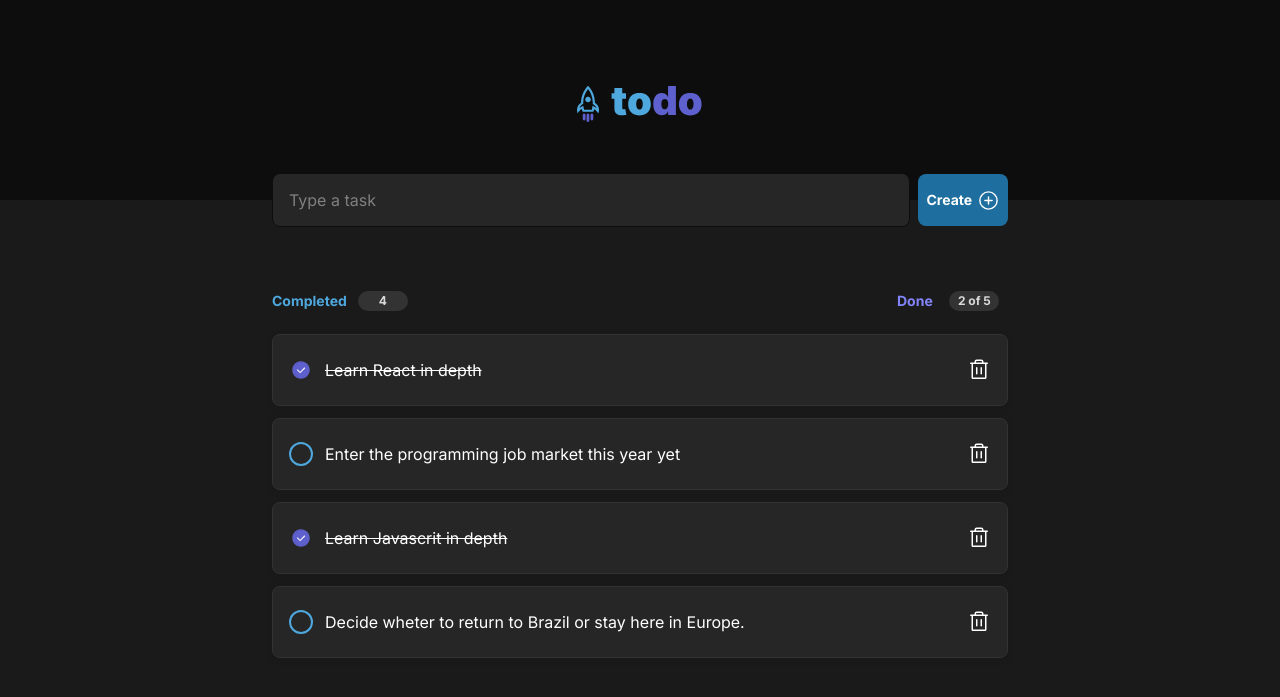
Repository: JoseGu1llardi/to-do-list-D01
Page: /
An editor plug-in stored every save of this project. The page is shown before and after the next save, followed by the edit.
The browser window is 1280 px wide. The pictures show the whole page.
The project was rebuilt for these pictures with package versions that can differ from the ones it lists, and the page was loaded fresh each time. Requests to the local data server were answered from the project's data file. Also part of the build but not shown: vite.config.ts.

Above is the page before, as saved 2023-03-14 20:46:09.

### index.html
<!DOCTYPE html>
<html lang="en">
  <head>
    <meta charset="UTF-8" />

    <link rel="preconnect" href="https://fonts.googleapis.com" />
    <link rel="preconnect" href="https://fonts.gstatic.com" crossorigin />

    <link
      href="https://fonts.googleapis.com/css2?family=Inter:wght@400;700&display=swap"
      rel="stylesheet"
    />

    <link rel="icon" type="image/svg+xml" href="/vite.svg" />
    <meta name="viewport" content="width=device-width, initial-scale=1.0" />
    <title>Vite + React + TS</title>
  </head>
  <body>
    <div id="root"></div>
    <script type="module" src="/src/main.tsx"></script>
  </body>
</html>

### src/App.tsx
import { TaskProvider } from './contexts/TaskContext';

import { Header } from "./components/Header";
import { NewTaskForm } from './components/NewTaskForm';
import { TasksList } from "./components/TasksList";

import styles from './App.module.css';
import "./global.css";

function App() {
  return (
    <TaskProvider>
      <Header />

      <NewTaskForm />

      <div className={styles.tasksContainer}>
        <TasksList />
      </div>
    </TaskProvider>
  )
}

export default App

### src/contexts/TaskContext.tsx
import { useState, useEffect, createContext, ReactNode, Dispatch, SetStateAction } from 'react';

import api from '../services/api';

export interface TaskType {
    id: string;
    content: string;
    status: boolean;
}

interface TaskProviderProps {
    children: ReactNode;
}

interface TaskConstextData {
    tasks: TaskType[];
    setTasks: Dispatch<SetStateAction<TaskType[]>>
}

export const TaskContext = createContext({} as TaskConstextData);

export function TaskProvider({ children }: TaskProviderProps) {
    const [tasks, setTasks] = useState<TaskType[]>([]);

    useEffect(() => {
        api.get("/tasks")
            .then(({ data }) => setTasks(data))
    }, []);

    return (
        <TaskContext.Provider value={{ tasks, setTasks }}>
            {children}
        </TaskContext.Provider>
    )
}

### src/components/Header/index.tsx
import Logo from '../../assets/Logo (1).svg'

import styles from './styles.module.css';

export function Header() {
    return (
        <header className={styles.container}>
            <img src={Logo} />
        </header>
    )
}

### src/components/NewTaskForm/index.tsx
import { useState, useContext, FormEvent } from 'react';

import { v4 as uuidv4 } from 'uuid';

import api from '../../services/api';

import { TaskContext, TaskType } from '../../contexts/TaskContext';

import { PlusCircle } from '@phosphor-icons/react';

import styles from './styles.module.css';

export function NewTaskForm() {
    const [contentNewTask, setContentNewTask] = useState("");

    const { setTasks, tasks } = useContext(TaskContext);

    async function handleCreateNewTask(event: FormEvent) {
        event.preventDefault();

        try {
            if (contentNewTask !== "") {
                const res = await api.post("/tasks", { id: uuidv4(), content: contentNewTask, status: false });
                setTasks(state => [...state, res.data]);
            } else {
                alert("Enter a new task!");
            }

        } catch (err) {
            console.log(err);
        }
    }

    return (
        <form onSubmit={handleCreateNewTask} className={styles.newTaskContainer}>
            <input
                type="text"
                className={styles.input}
                placeholder='Type a task'
                value={contentNewTask}
                onChange={(e) => setContentNewTask(e.target.value)}
            />

            <button type='submit' className={styles.button}>
                <span>Create</span>
                <PlusCircle size={23} />
            </button>
        </form>
    )
}

### src/components/TasksList/index.tsx
import { useContext } from 'react';

import { TaskContext } from '../../contexts/TaskContext';

import { Task } from '../Task';

import Clipboard from '../../assets/Clipboard.svg';

import styles from './styles.module.css';

export function TasksList() {
    const { tasks } = useContext(TaskContext);

    return (
        <>
            <section className={styles.info}>

                <div className={styles.created}>
                    <span>Completed</span>
                    <div className={styles.counterCreated}>
                        <p>{tasks.length}</p>
                    </div>
                </div>

                <div className={styles.done}>
                    <span>Done</span>
                    <div className={styles.doneCreated}>
                        <span>2 of 5</span>
                    </div>
                </div>

            </section>

            {
                tasks.length === 0 ? (
                    <section className={styles.tasks}>
                        <img src={Clipboard} alt="" />
                        <strong>You don't have tasks registered yet!</strong>
                        <span>Create tasks and organize your to-do list</span>
                    </section>
                ) : (
                    <section className={styles.list}>
                        {
                            tasks.map((task) => (
                                <Task
                                    key={task.id}
                                    content={task.content}
                                    status={task.status}
                                    id={task.id} />
                            ))
                        }
                    </section>
                )
            }
        </>
    )
}

### src/App.module.css
.tasksContainer {
  display: flex;
  flex-direction: column;
  align-items: flex-start;
  padding: 0px;
  gap: 24px;

  position: absolute;
  width: 736px;
  height: 287px;
  left: calc(50% - 736px / 2);
  top: 291px;
}

### src/global.css
:root {
  // Base
  --gray-100: #f2f2f2;
  --gray-200: #d9d9d9;
  --gray-300: #808080;
  --gray-400: #333333;
  --gray-500: #262626;
  --gray-600: #1a1a1a;
  --gray-700: #0d0d0d;

  --danger: #e25858;

  // Product
  --purple: #8284fa;
  --dark-purple: #5e60ce;
  --blue: #4ea8de;
  --dark-blue: #1e6f9f;
}

* {
  margin: 0;
  padding: 0;
  box-sizing: border-box;
}

body {
  color: #fff;
  background: var(--gray-600);

  width: 100%;
  height: 100%;
  max-height: 1024px;
  position: relative;
}

body,
input,
textarea,
button {
  font-family: "Inter", sans-serif;
  font-weight: 400;
  font-size: 1rem;
}

### src/services/api.ts
import axios from 'axios';

const api = axios.create({
    baseURL: "http://localhost:3000"
});

export default api;

### src/components/Header/styles.module.css
.container {
  position: absolute;
  height: 12.5rem;
  max-width: 100%;
  left: 0;
  right: 0;
  top: 0;

  display: flex;
  align-items: center;
  justify-content: center;

  background: var(--gray-700);
}

.container img {
  position: absolute;
  width: 7.875rem;
  height: 3rem;
}

### src/components/NewTaskForm/styles.module.css
.newTaskContainer {
  display: flex;
  flex-direction: row;
  align-items: center;
  padding: 0px;
  gap: 8px;

  position: absolute;
  width: 46rem;
  height: 3.375rem;
  left: calc(50% - 736px / 2);
  top: 10.8125rem;
}

.input {
  box-sizing: border-box;

  display: flex;
  flex-direction: row;
  align-items: center;
  padding: 16px;
  gap: 8px;

  width: 638px;
  height: 54px;

  background: var(--gray-500);
  color: #fff;

  border: 1px solid var(--gray-700);
  border-radius: 8px;

  flex: none;
  order: 0;
  flex-grow: 1;
}

.input:focus {
  outline: transparent;
  box-shadow: 0 0 0 2px var(--dark-purple);
}

.input::placeholder {
  color: var(--gray-300);
}

.button {
  width: 90px;
  height: 52px;

  display: flex;
  flex-direction: row;
  align-items: center;
  justify-content: center;
  gap: 16px;

  border: 0;
  border-radius: 8px;

  background: var(--dark-blue);
  color: white;

  cursor: pointer;

  transition: filter 0.2s;
}

.button span {
  width: 34px;
  height: 20px;

  font-weight: 700;
  font-size: 14px;
  line-height: 140%;

  color: var(--gray-100);

  flex: none;
  order: 0;
  flex-grow: 0;
}

.button img {
  width: 16px;
  height: 16px;

  flex: none;
  order: 1;
  flex-grow: 0;
}

.button:hover {
  background: var(--blue);
  filter: brightness(0.8);
}

### src/components/Task/index.tsx
import { useState, useContext, ChangeEvent } from 'react';

import api from '../../services/api';

import { TaskContext } from '../../contexts/TaskContext';

import { Trash } from '@phosphor-icons/react'

import styles from './styles.module.css';

interface TasksProps {
    id: string;
    content: string;
    status: boolean;
}[]

export function Task({ content, status, id }: TasksProps) {
    const [isChecked, setIsChecked] = useState(status);

    async function changeTaskStatus(event: ChangeEvent<HTMLInputElement>) {
        const response = await api.patch(`/tasks/${id}`, {
            status: event.target.checked
        });

        setIsChecked(response.data.status);
    }

    return (
        <section className={styles.task}>
            <div>
                <input
                    id='checked'
                    type="checkbox"
                    checked={isChecked}
                    onChange={changeTaskStatus}
                />
                <span
                    className={isChecked ? styles.isChecked : ''}
                >
                    {content}
                </span>
            </div>
            <Trash size={20} />
        </section>
    )
}

### src/components/TasksList/styles.module.css
.info {
  display: flex;
  flex-direction: row;
  justify-content: space-between;
  align-items: flex-end;
  padding: 0px;

  width: 736px;
  height: 19px;

  flex: none;
  order: 0;
  align-self: stretch;
  flex-grow: 0;
}

.created {
  display: flex;
  flex-direction: row;
  align-items: center;
  padding: 0px;
  gap: 8px;

  width: 139px;
  height: 19px;

  order: 0;
  flex-grow: 0;
}

.created span {
  font-family: "Inter";
  font-style: normal;
  font-weight: 700;
  font-size: 14px;
  line-height: 17px;

  color: var(--blue);

  flex: none;
  order: 0;
  flex-grow: 0;
}

.counterCreated {
  display: flex;
  flex-direction: row;
  justify-content: center;
  align-items: center;
  padding: 2px 8px;
  gap: 10px;
  margin: 0 auto;

  width: 50px;
  height: 20px;

  background: #333333;
  border-radius: 999px;

  order: 1;
  flex-grow: 0;
}

.counterCreated p {
  display: flex;
  flex-direction: row;
  font-style: normal;
  font-weight: 700;
  font-size: 12px;
  line-height: 15px;

  color: var(--gray-200);
}

.done {
  display: flex;
  box-sizing: border-box;
  flex-direction: row;
  align-items: center;
  padding: 0px;
  gap: 8px;

  width: 111px;
  height: 19px;

  order: 1;
  flex-grow: 0;
}

.done span {
  font-family: "Inter";
  font-style: normal;
  font-weight: 700;
  font-size: 14px;
  line-height: 17px;

  color: #8284fa;

  flex: none;
  order: 0;
  flex-grow: 0;
}

.doneCreated {
  display: flex;
  flex-direction: row;
  justify-content: center;
  box-sizing: border-box;
  align-items: center;
  padding: 2px 8px;
  gap: 10px;
  margin: 0 auto;

  width: 50px;
  height: 20px;

  background: #333333;
  border-radius: 999px;

  order: 1;
  flex-grow: 0;
}

.doneCreated span {
  display: flex;
  flex-direction: row;
  font-style: normal;
  font-weight: 700;
  font-size: 12px;
  line-height: 15px;

  color: var(--gray-200);
}

.tasks {
  box-sizing: border-box;

  display: flex;
  flex-direction: column;
  justify-content: center;
  align-items: center;
  padding: 64px 24px;
  gap: 16px;

  width: 736px;
  height: 244px;

  border-top: 1px solid #333333;
  border-radius: 8px;

  flex: none;
  order: 1;
  align-self: stretch;
  flex-grow: 0;
}

.tasks img {
  width: 56px;
  height: 56px;

  flex: none;
  order: 0;
  flex-grow: 0;
}

.tasks strong {
  display: block;
  font-style: normal;
  font-weight: 700;
  font-size: 16px;

  text-align: center;

  color: var(--gray-300);

  flex: none;
  align-self: stretch;
  flex-grow: 0;
}

.tasks span {
  font-style: normal;
  font-weight: 300;
  font-size: 16px;

  color: var(--gray-300);
}

.list {
  display: flex;
  flex-direction: column;
  align-items: flex-start;
  padding: 0px;
  gap: 12px;

  width: 736px;
  height: 382px;

  /* Inside auto layout */

  flex: none;
  order: 1;
  flex-grow: 0;
}

### src/components/Task/styles.module.css
.task {
  box-sizing: border-box;

  display: flex;
  flex-direction: row;
  align-items: center;
  flex-direction: row;
  justify-content: space-between;
  padding: 16px;
  gap: 12px;

  width: 736px;
  height: 72px;

  /* Gray 500 */

  background: #262626;
  /* Gray 400 */

  border: 1px solid #333333;
  box-shadow: 0px 2px 8px rgba(0, 0, 0, 0.06);
  border-radius: 8px;

  flex: none;
  order: 0;
  align-self: stretch;
  flex-grow: 0;
}

.task div {
  display: flex;
  flex-direction: row;
  align-items: center;
  flex-direction: row;
  gap: 12px;
}

.isChecked {
  text-decoration: line-through;
}

.task input[type="checkbox"] {
  -webkit-appearance: none;
  -moz-appearance: none;

  width: 24px;
  height: 24px;

  border: 2px solid var(--blue);
  border-radius: 50%;
  outline: none;

  background-color: transparent;
  background-position: center;
  background-repeat: no-repeat;

  cursor: pointer;

  flex: none;
  order: 0;
  flex-grow: 0;
}

.task input[type="checkbox"]:checked {
  width: 24px;
  height: 24px;

  transition-duration: all 1s ease;

  border: none;
  background-image: url("./../../assets/Layer 1.svg");
}

.task svg {
  display: flex;
  float: right;
  width: 24px;
  height: 24px;

  border-radius: 4px;

  flex: none;
  order: 2;
  flex-grow: 0;
}

.task svg:hover {
  background: #333333;
  border-radius: 4px;

  color: var(--danger);

  flex: none;
  order: 1;
  flex-grow: 0;

  cursor: pointer;
}

### src/db.json
{
  "tasks": [
    {
      "id": "1",
      "content": "Learn React in depth",
      "status": true
    },
    {
      "id": "2",
      "content": "Enter the programming job market this year yet",
      "status": false
    },
    {
      "id": "3",
      "content": "Learn Javascrit in depth",
      "status": true
    },
    {
      "id": "4",
      "content": "Decide wheter to return to Brazil or stay here in Europe.",
      "status": false
    }
  ]
}

Loaded but not shown: src/main.tsx (common file)

After the next save:
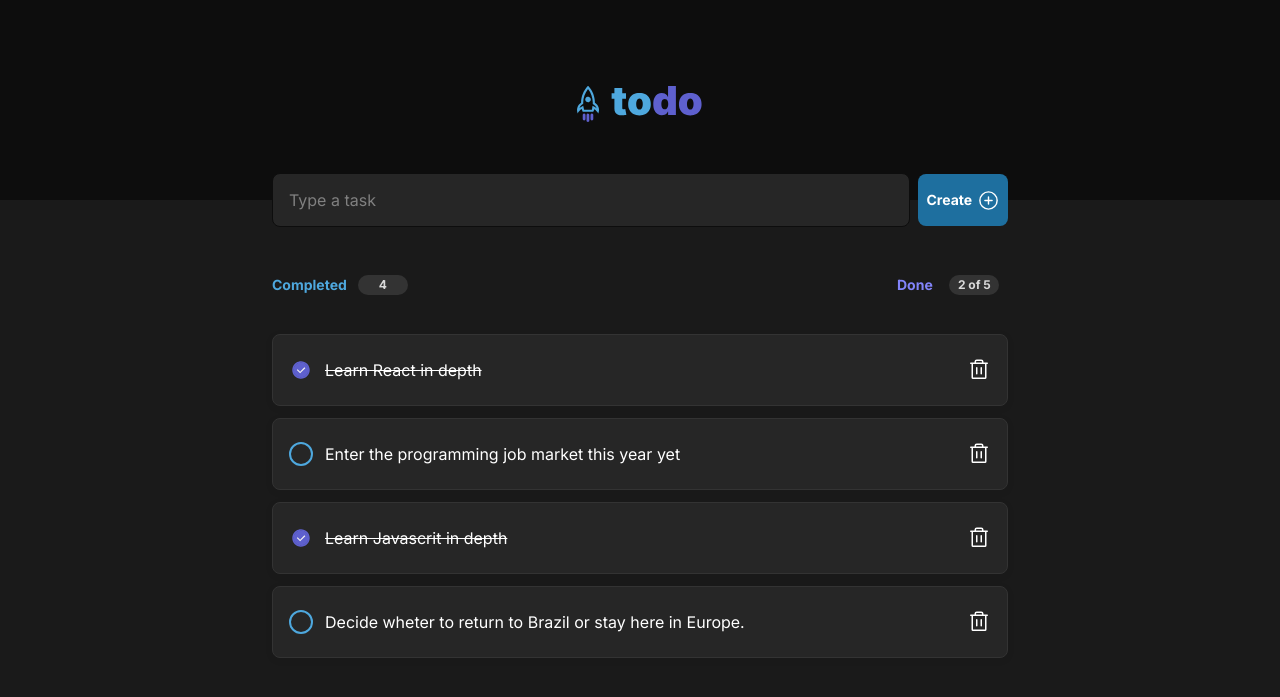
Saved 38 s later.
--- a/src/components/TasksList/styles.module.css
+++ b/src/components/TasksList/styles.module.css
@@ -4,6 +4,7 @@
   justify-content: space-between;
   align-items: flex-end;
   padding: 0px;
+  padding-bottom: 1rem;
 
   width: 736px;
   height: 19px;

After the save that followed:
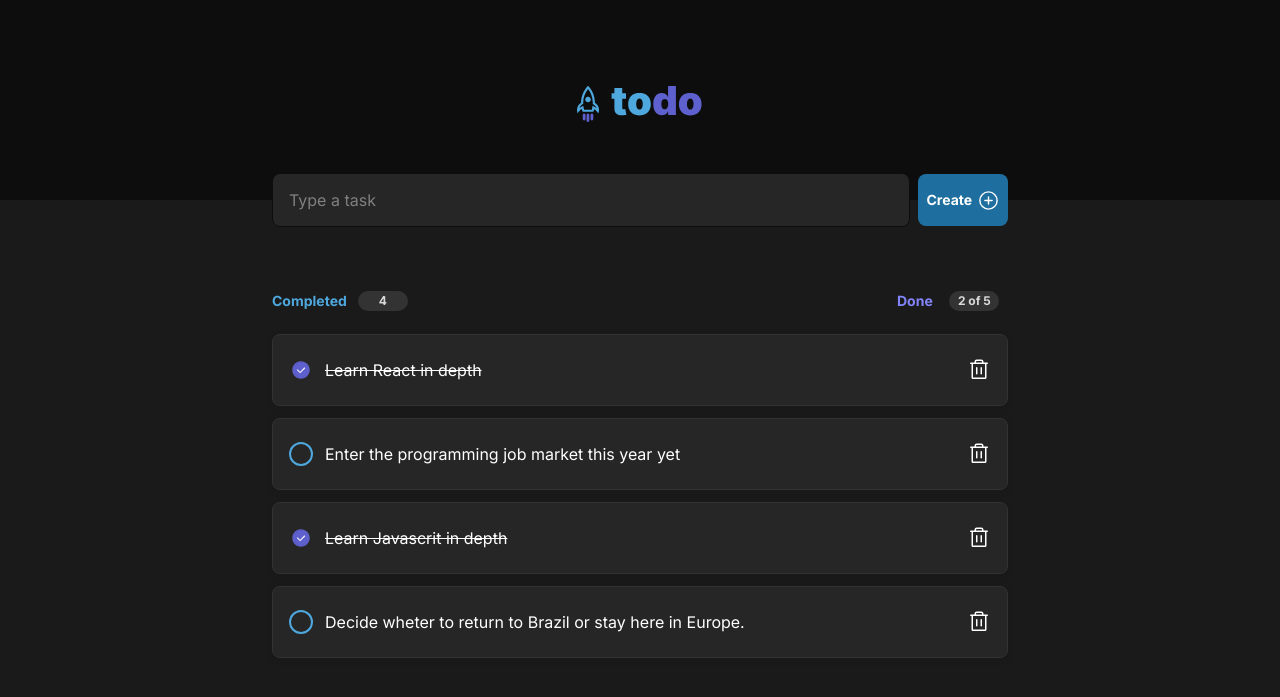
Saved 25 s later.
--- a/src/components/TasksList/styles.module.css
+++ b/src/components/TasksList/styles.module.css
@@ -4,7 +4,6 @@
   justify-content: space-between;
   align-items: flex-end;
   padding: 0px;
-  padding-bottom: 1rem;
 
   width: 736px;
   height: 19px;
